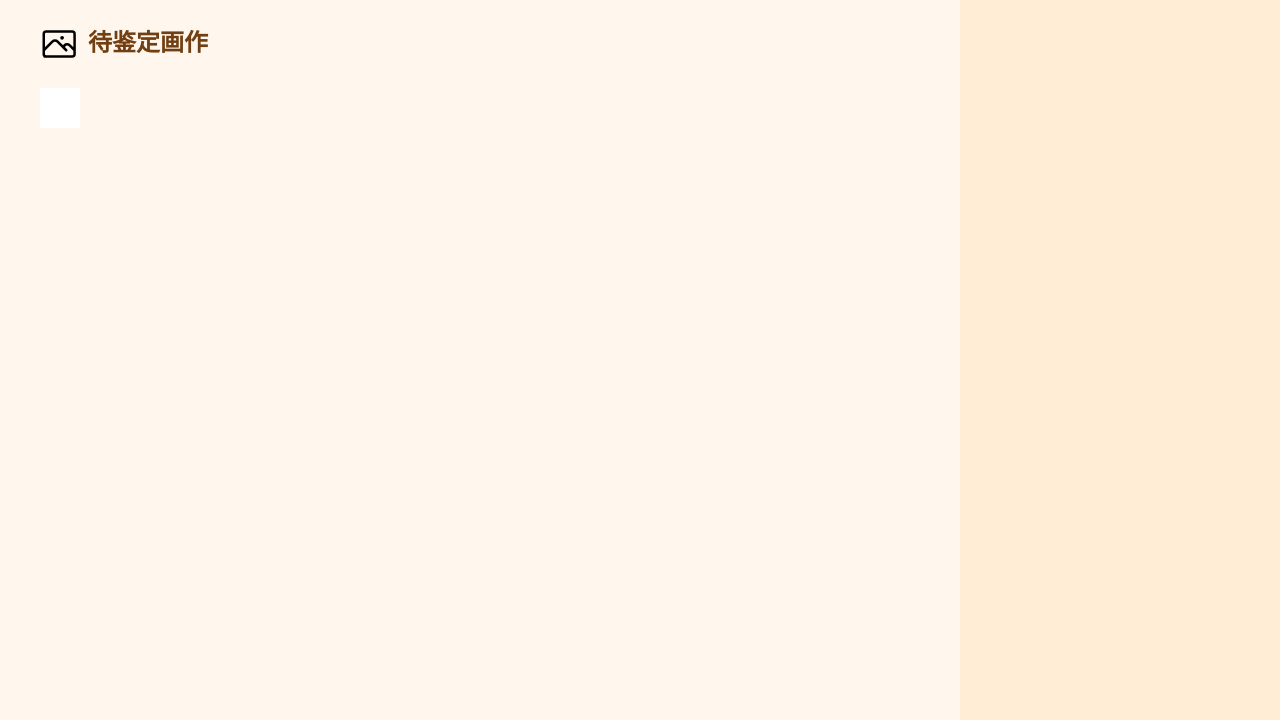
Repository: gaosth/Eyesee
Page: /dtail
These files come from the project's save history. The page is drawn as it stood at one moment and after the next save; the edit follows.
The browser window is 1280 px wide. The pictures show the whole page.
The project was rebuilt for these pictures with package versions that can differ from the ones it lists, and the page was loaded fresh each time. Also part of the build but not shown: vite.config.js, src/components/WelcomeItem.vue, src/components/icons/IconDocumentation.vue, src/components/icons/IconTooling.vue, src/components/icons/IconEcosystem.vue, src/components/icons/IconCommunity.vue, src/components/icons/IconSupport.vue, src/components/TheWelcome.vue and 5 more.

Above is the page before, as saved 2024-03-15 11:59:25.

After the next save:
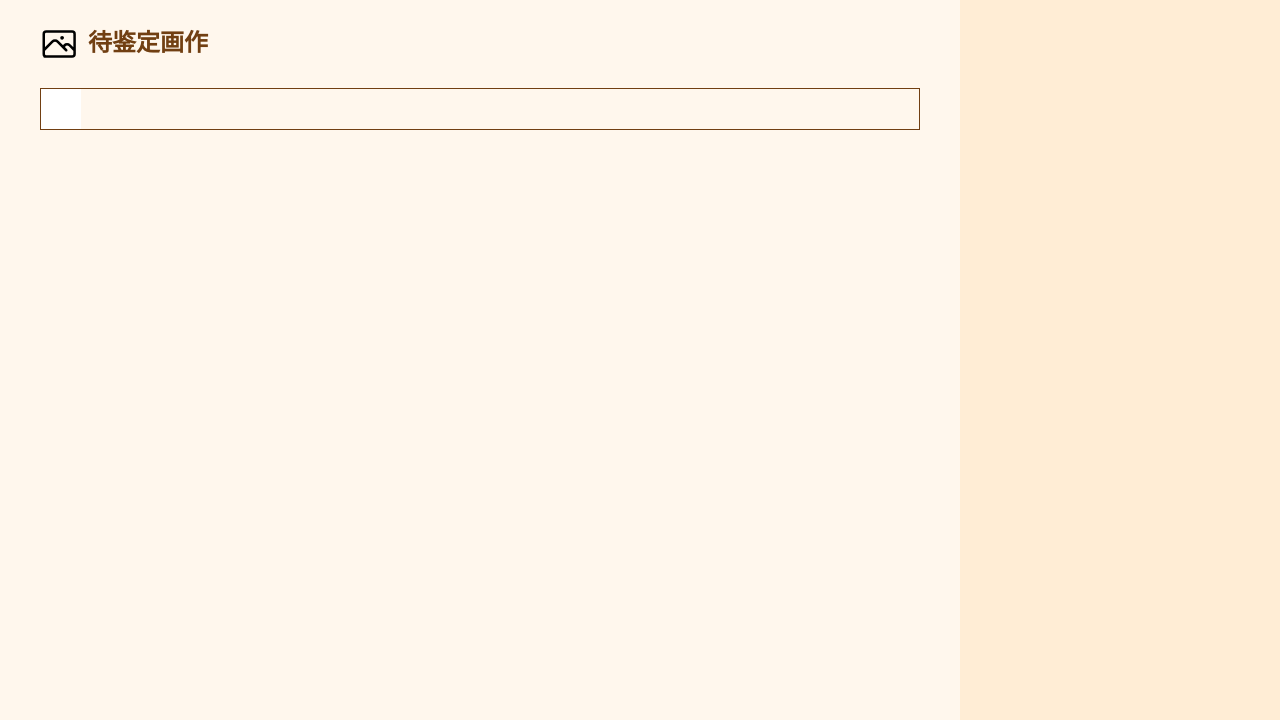
Saved 37 s later.
--- a/src/views/DetailView.vue
+++ b/src/views/DetailView.vue
@@ -11,7 +11,7 @@
                     待鉴定画作
                 </div>
             </div>
-            <div class = "mx-10 my-6 border-yellow-900">
+            <div class = "mx-10 my-6 border border-yellow-900">
                 <div class = "h-10 w-10 bg-white">
 
                 </div>
